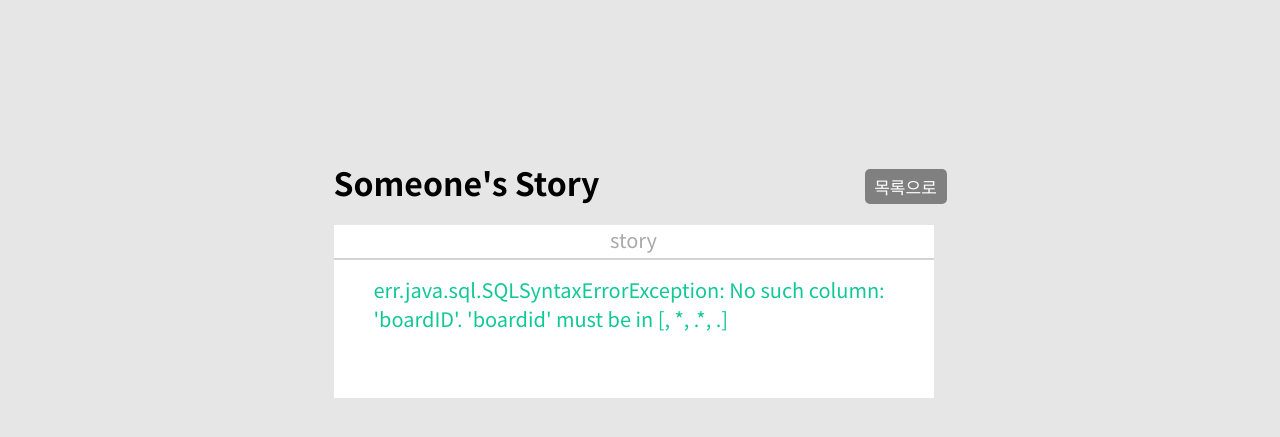
Repository: CISXO/JSP
Page: http://localhost/yea/view.jsp
An editor plug-in stored every save of this project. The page is shown before and after a run of saves, followed by the edit.
The browser window is 1280 px wide. The pictures show the whole page.
The page is served by Tomcat 9. Queries for data that is not in the repository find no rows.

Above is the page before, as saved 2022-12-10 13:01:54.

### JSPproject/yea/src/main/webapp/view.jsp
<%@ page language="java" contentType="text/html; charset=UTF-8" pageEncoding="UTF-8" import="java.sql.*"%>

<!DOCTYPE html>
<html lang="en">

<head>
    <meta charset="UTF-8">
    <meta http-equiv="X-UA-Compatible" content="IE=edge">
    <meta name="viewport" content="width=device-width, initial-scale=1.0">

    <link rel="stylesheet" href="CSS/view.css">

    <title>Story View</title>
</head>

<body><%

Class.forName("org.mariadb.jdbc.Driver");
String jdbcDriver = "jdbc:mariadb://localhost:3306/web";
String dbUser = "root";
String dbPass = "22489612up!";


Connection conn = null;
Statement stmt = null;
ResultSet result = null;

try {
	conn = DriverManager.getConnection(jdbcDriver, dbUser, dbPass);
	stmt = conn.createStatement();
	String search = request.getParameter("search");
	String query = "SELECT * FROM board ";
	result = stmt.executeQuery(query);



%>

    <div class="viewSection">
        <div class="titleBox">
            <h1 class="pageTitle">Someone's Story
                <a href="board.jsp" class="linkButton">목록으로</a>
            </h1>
        </div>
        <div class="pageBody">
            <div class="setLine">story</div>
            <div class="setBox">
                <div class="storyHeader">
                    <div class="header">
                        <span class="user"><%=result.getString("boardID")%></span>
                        <div class="date"><%=result.getString("boardDate")%></div>
                    </div>
                </div>
                <div class="storyBody">
                    <h2 class="storyTitle"><%=result.getString("boardTitle")%></h2>
                    <div class="story">
                    <%=result.getString("boardContent")%>
                    </div>
                </div>
            </div>
        </div>
    </div>
    <%
	result.close();
	stmt.close();
	conn.close();
} catch(SQLException e) {
	out.println("err."+e.toString());
}
	%>
</body>

</html>

### JSPproject/yea/src/main/webapp/CSS/view.css
@import url('https://fonts.googleapis.com/css2?family=Noto+Sans+KR&display=swap');

body {
    font-family: 'Noto Sans KR', sans-serif;
    background-color: #e7e6e6;
    display: flex;
    justify-content: center;
    height: 95vh;
}

.viewSection {
    margin-top: 130px;
}

.pageTitle {
    display: flex;
    margin-bottom: 20px;
}

.linkButtonBox {
    display: flex;
}

.linkButton {
    text-decoration: none;
    width: 82px;
    height: 35px;
    margin-left: 265px;
    margin-top: 10px;
    color: white;
    background: gray;
    border: none;
    border-radius: 5px;
    font-size: 17px;
    font-weight: 100;
    text-align: center;
    line-height: 35px;
    cursor: pointer;
}

.pageBody {
    background-color: white;
    padding: 0px 0px 40px 0px;
    width: 600px;
}

.setLine {
    height: 33px;
    border-bottom: 2px solid lightgray;
    text-align: center;
    color: darkgray;
    font-size: 20px;
}

.setBox {
    padding: 15px 40px 0 40px;
}

.storyHeader {
    padding-bottom: 5px;
    margin-bottom: 20px;
}

.user {
    color: #0fc896;
    font-size: 20px;
}

.date {
    color: darkgray;
}

.storyTitle {
    margin-bottom: 15px;
}

.story {
    white-space: pre-line;
    font-size: 20px;
    min-height: 80px;
}

After the next 4 saves:
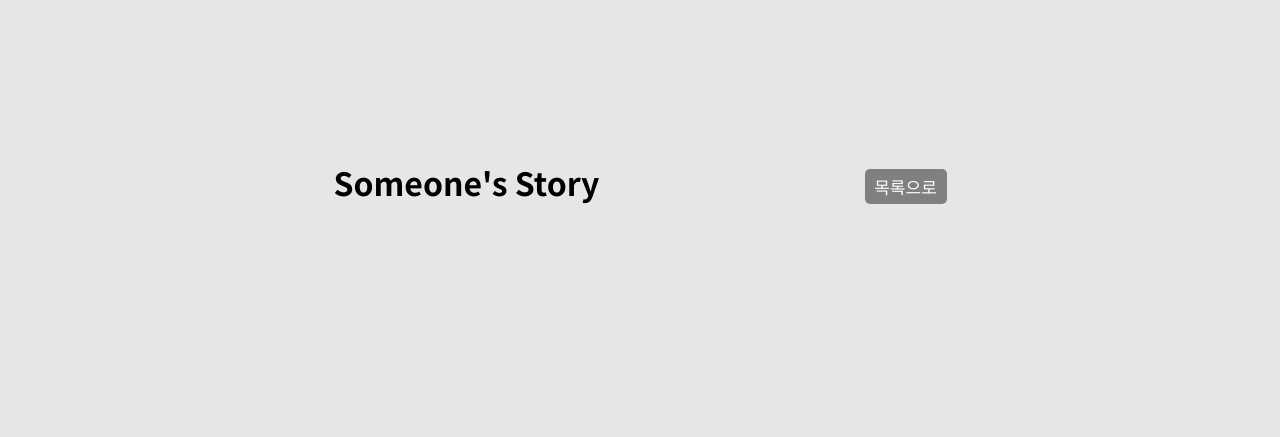
The 4 saves are shown as one change because 3 did not build or start.
The last was saved 5 min 13 s later.
--- a/JSPproject/yea/src/main/webapp/view.jsp
+++ b/JSPproject/yea/src/main/webapp/view.jsp
@@ -32,7 +32,7 @@ try {
 	String query = "SELECT * FROM board ";
 	result = stmt.executeQuery(query);
 
-
+	int check = 1;
 
 %>
 
@@ -42,12 +42,17 @@ try {
                 <a href="board.jsp" class="linkButton">목록으로</a>
             </h1>
         </div>
+        <%
+	while(result.next()) {
+		if(check == result.getInt("boardID")){
+
+	%>
         <div class="pageBody">
             <div class="setLine">story</div>
             <div class="setBox">
                 <div class="storyHeader">
                     <div class="header">
-                        <span class="user"><%=result.getString("boardID")%></span>
+                        <span class="user"><%=result.getString("userID")%></span>
                         <div class="date"><%=result.getString("boardDate")%></div>
                     </div>
                 </div>
@@ -59,6 +64,8 @@ try {
                 </div>
             </div>
         </div>
+        <% }
+	} %>
     </div>
     <%
 	result.close();
